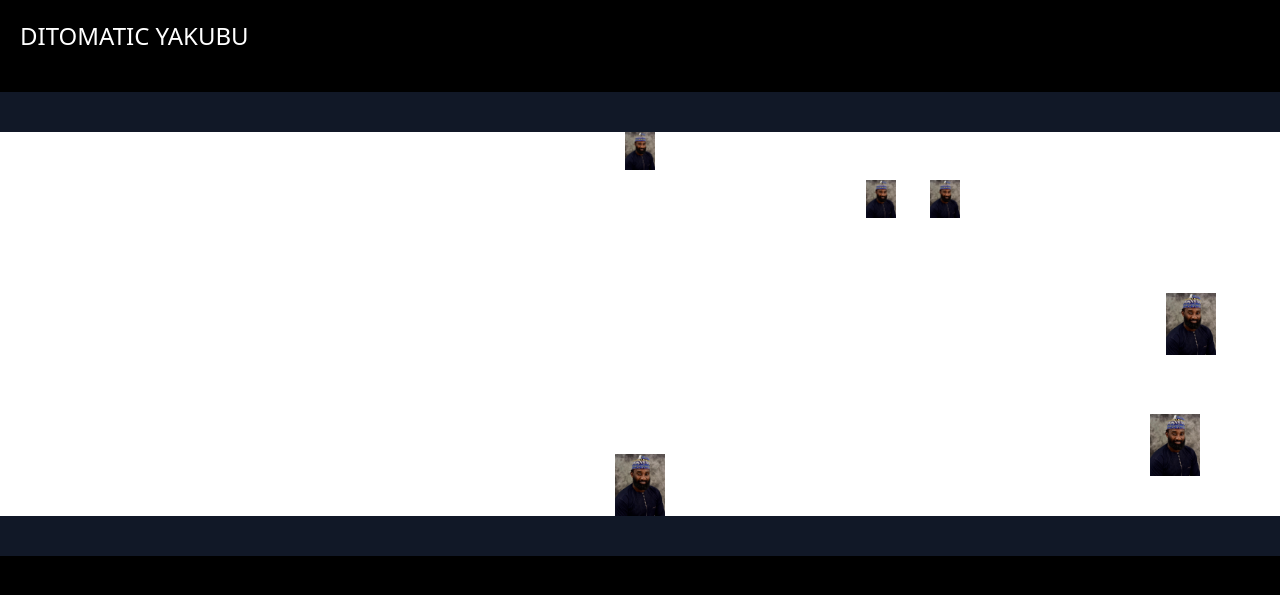
Repository: latenightsnacc/Ditomatic-Demo
Page: home.html
An editor plug-in stored every save of this project. The page is shown before and after the next save, followed by the edit.
The browser window is 1280 px wide. The pictures show the whole page.
Some web libraries are served in a nearby version.

Above is the page before, as saved 2021-02-24 11:34:11.

### home.html
<!DOCTYPE html>
<html lang="en" class="bg-black">
<head>
    <meta charset="UTF-8">
    <meta name="viewport" content="width=device-width, initial-scale=1.0">
    <!--Tailwind 2.0.2-->
    <link href="https://cdnjs.cloudflare.com/ajax/libs/tailwindcss/2.0.2/tailwind.min.css" rel="stylesheet">
    <!--Font Awesome 5.15.1-->
    <link rel="stylesheet" href="https://cdnjs.cloudflare.com/ajax/libs/font-awesome/5.15.1/css/all.min.css" integrity="sha512-+4zCK9k+qNFUR5X+cKL9EIR+ZOhtIloNl9GIKS57V1MyNsYpYcUrUeQc9vNfzsWfV28IaLL3i96P9sdNyeRssA==" crossorigin="anonymous" />
    <!-- Bootstrap 5.0.0 Beta-->
    <!-- <link href="https://cdn.jsdelivr.net/npm/bootstrap@5.0.0-beta1/dist/css/bootstrap.min.css" rel="stylesheet" integrity="sha384-giJF6kkoqNQ00vy+HMDP7azOuL0xtbfIcaT9wjKHr8RbDVddVHyTfAAsrekwKmP1" crossorigin="anonymous" /> -->
    <!--Page Title-->
    <title>Ditomatic Fotografy</title>
</head>
<body>
    <!--Header-->
    <header>
        <nav class="container-sm p-5 shadow-2xl flex flex-row justify-between">
            <a href="home.html" class="text-white uppercase text-2xl">Ditomatic Yakubu</a>
            <ul></ul>
        </nav>
    </header>
    <!--End of Header-->
    <div class="my-5"></div>
    <section class="bg-gray-900 shadow-2xl py-10">
        <div class="container relative bg-white">
            <div class="flex justify-center items-center h-96 group">
                <h2 class="text-white uppercase text-underline text-center text-5xl group-hover:font-black">portraits</h2>
                <div class="absolute center-0 top-0">
                    <img src="images/malePortrait.jpg" width="30px">
                </div>
                <div class="absolute right-80 top-12">
                    <img src="images/malePortrait.jpg" width="30px">
                </div>
                <div class="absolute right-96 top-12">
                    <img src="images/malePortrait.jpg" width="30px">
                </div>
                <div class="absolute right-16 top-50">
                    <img src="images/malePortrait.jpg" width="50px">
                </div>
                <div class="absolute right-20 bottom-10">
                    <img src="images/malePortrait.jpg" width="50px">
                </div>
                <div class="absolute center-0 bottom-0">
                    <img src="images/malePortrait.jpg" width="50px">
                </div>

            </div>
        </div>
    </section>
</body>
</html>

After the next save:
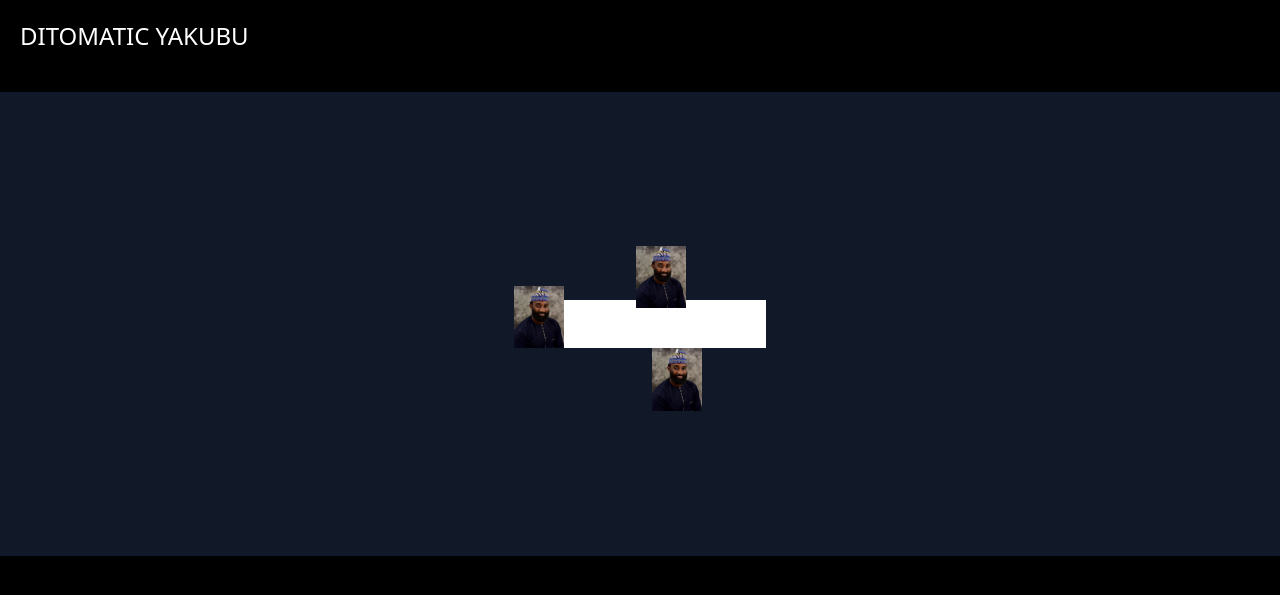
Saved 49 s later.
--- a/home.html
+++ b/home.html
@@ -23,8 +23,8 @@
     <!--End of Header-->
     <div class="my-5"></div>
     <section class="bg-gray-900 shadow-2xl py-10">
-        <div class="container relative bg-white">
-            <div class="flex justify-center items-center h-96 group">
+        <div class="container flex justify-center items-center h-96 ">
+            <div class=" relative bg-white group">
                 <h2 class="text-white uppercase text-underline text-center text-5xl group-hover:font-black">portraits</h2>
                 <div class="absolute center-0 top-0">
                     <img src="images/malePortrait.jpg" width="30px">
